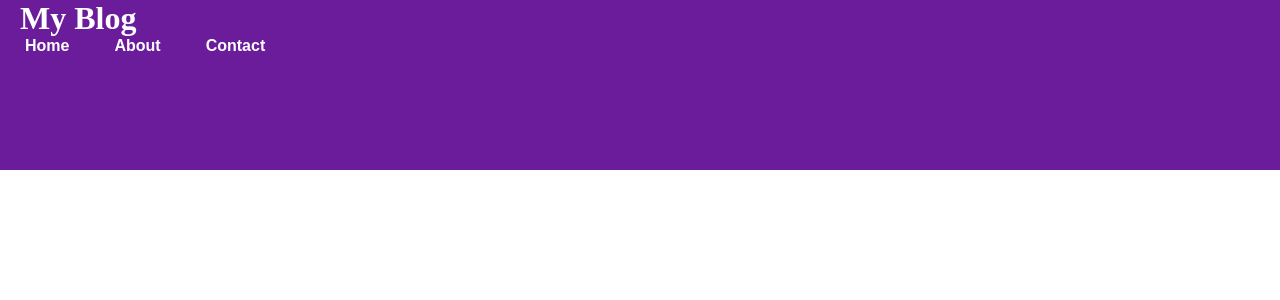
Repository: Femi007-gh/BLOG
Page: index.html
The author's editor kept a copy of each file at every save. The page is drawn from the files as they stood at one save, then again after the next save.
The browser window is 1280 px wide. The pictures show the whole page.

Above is the page before, as saved 2025-01-08 07:02:00.

After the next save:
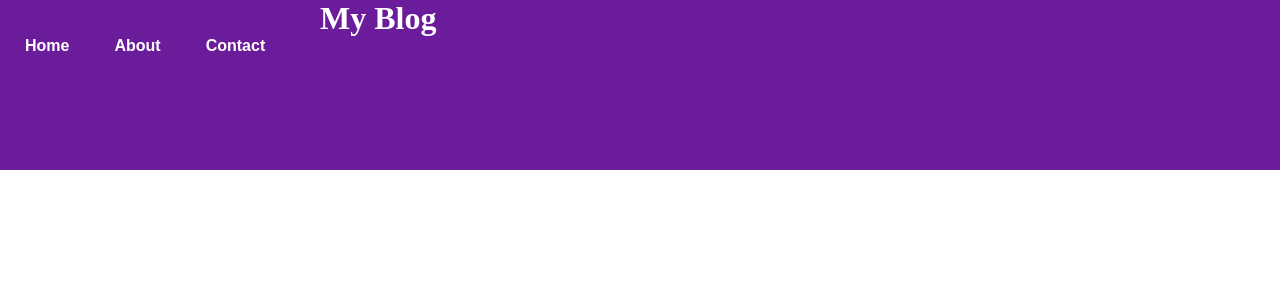
Saved 12 s later.
--- a/style.css
+++ b/style.css
@@ -17,7 +17,7 @@ header {
 }
 
 header h1 {
-  margin-left: 20px;
+  margin-left: 320px;
 }
 
 nav ul {
